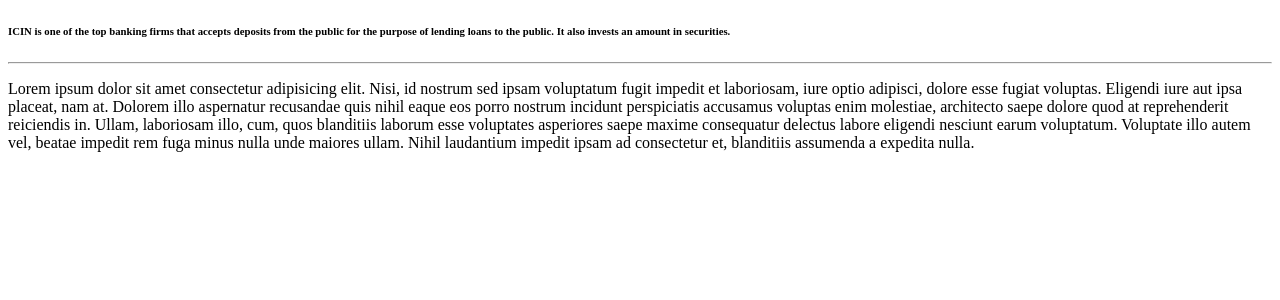
Repository: jha6435/phase3Revision
Page: http://localhost/home
The author's editor kept a copy of each file at every save. The page is drawn from the files as they stood at one save, then again after the next save.
The browser window is 1280 px wide. The pictures show the whole page.
The page is this project's Thymeleaf template; nobody is signed in. The template is opened directly, without the code that normally fills it, so the values that code supplies are empty.

Above is the page before, as saved 2023-07-05 06:34:18.

### ICIN_Banking_Project/src/main/resources/templates/home.html
<!DOCTYPE html>
<html>
<head>
<meta charset="ISO-8859-1">
<title>Insert title here</title>
</head>
<body background-color:yellow>
<h6>ICIN is one of the top banking firms that accepts deposits from the public for the purpose of lending loans to the public. It also invests an amount in securities.</h6>
<hr>
<p> Lorem ipsum dolor sit amet consectetur adipisicing elit. Nisi, id nostrum sed ipsam
voluptatum fugit impedit et laboriosam, iure optio adipisci, dolore esse fugiat voluptas.
Eligendi iure aut ipsa placeat, nam at. Dolorem illo aspernatur recusandae quis nihil eaque eos porro nostrum
 incidunt perspiciatis accusamus voluptas enim molestiae, architecto saepe dolore quod at reprehenderit
 reiciendis in. Ullam, laboriosam illo, cum, quos blanditiis laborum esse voluptates asperiores saepe maxime
  consequatur delectus labore eligendi nesciunt earum voluptatum. Voluptate illo autem vel, beatae impedit
  rem fuga minus nulla unde maiores ullam. Nihil laudantium impedit ipsam ad consectetur et,
 blanditiis assumenda a expedita nulla.</p>
</body>
</html>

After the next save:
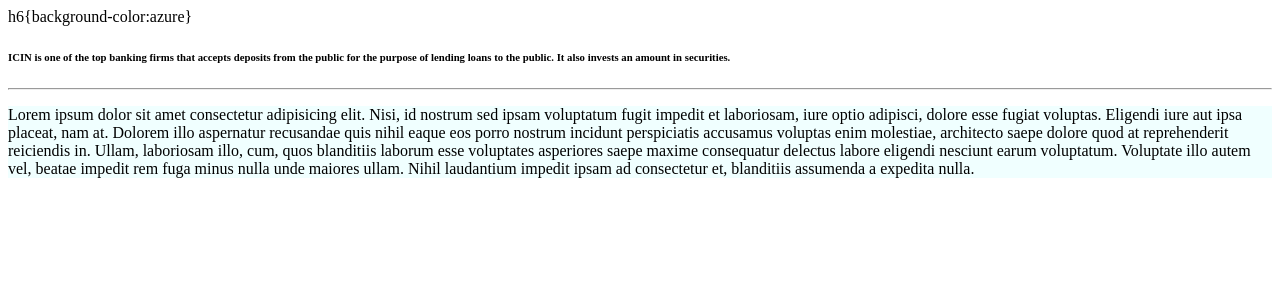
Saved 4 min 30 s later.
--- a/ICIN_Banking_Project/src/main/resources/templates/home.html
+++ b/ICIN_Banking_Project/src/main/resources/templates/home.html
@@ -3,6 +3,11 @@
 <head>
 <meta charset="ISO-8859-1">
 <title>Insert title here</title>
+    <style>
+p{background-color:azure}
+    </style>
+    h6{background-color:azure}
+    </style>
 </head>
 <body background-color:yellow>
 <h6>ICIN is one of the top banking firms that accepts deposits from the public for the purpose of lending loans to the public. It also invests an amount in securities.</h6>
